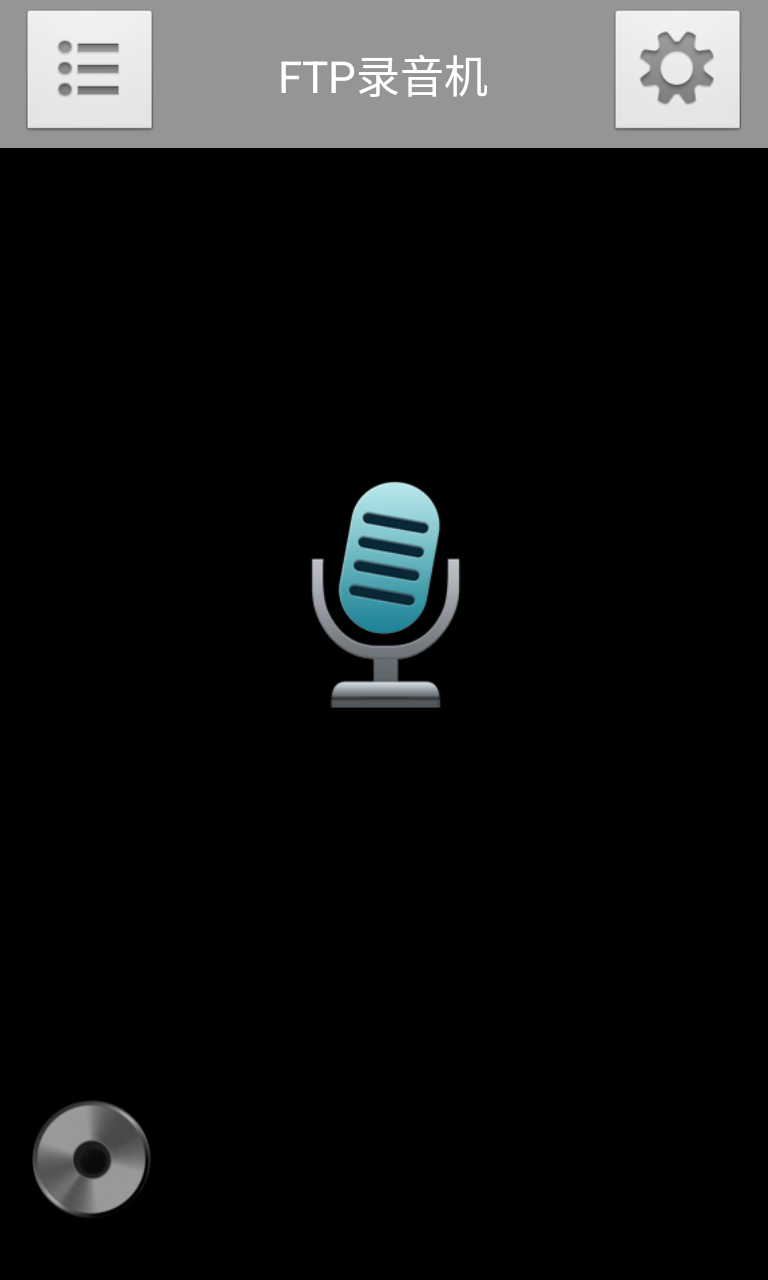
Repository: stone-jin/WAVRecoder
Layout: WAVRecoder2/res/layout/main.xml
The author's editor kept a copy of each file at every save. The layout is drawn from the files as they stood at one save, then again after the next save.
It is drawn on a 768 x 1280 px phone screen (xhdpi) without system bars, with theme Anim_style2; the app's code is not run.

Above is the layout before, as saved 2014-05-06 19:05:42.

After the next save:
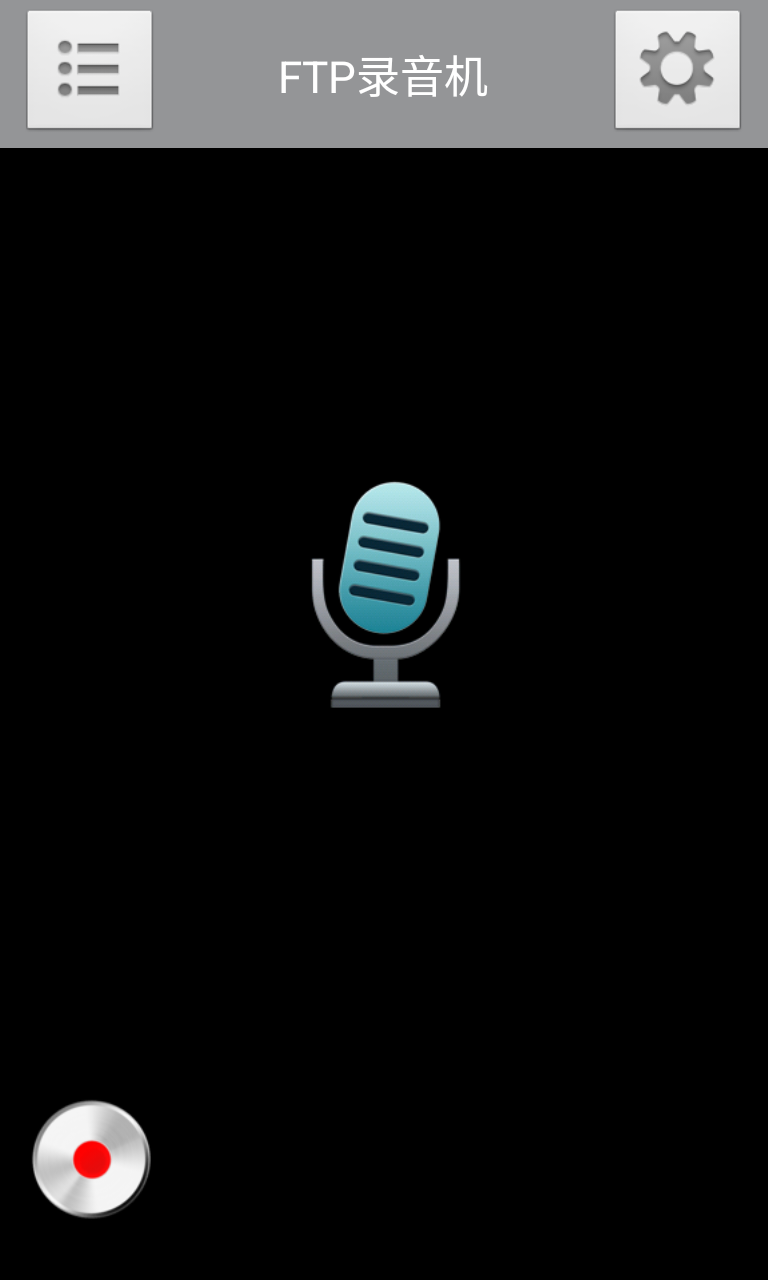
Saved 10 s later.
--- a/WAVRecoder2/res/layout/main.xml
+++ b/WAVRecoder2/res/layout/main.xml
@@ -30,7 +30,7 @@
         <Button
             android:layout_width="wrap_content"
             android:layout_height="wrap_content"
-            android:background="@drawable/btn_rekam_disabled"
+            android:background="@drawable/btn_rekam_normal"
             android:layout_marginLeft="10dp"
             android:layout_gravity="center_vertical"
             />
